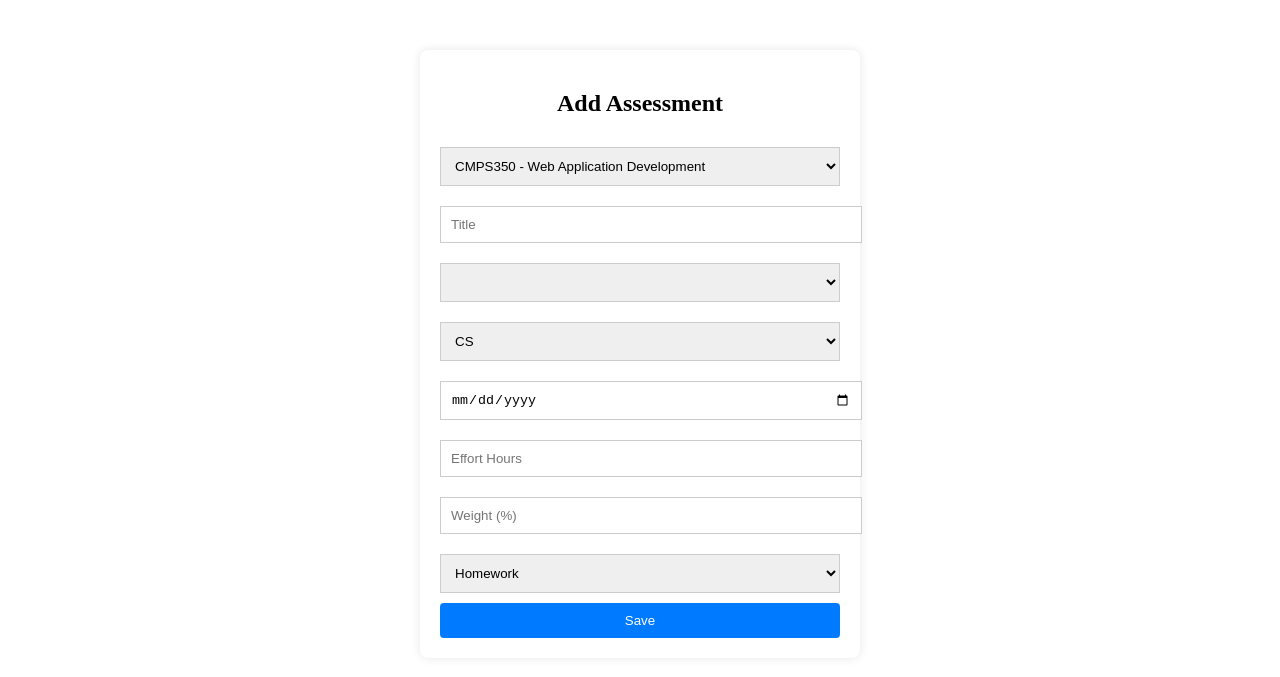
Repository: zunairahamid/Mizan-App
Page: cmps350group7-main/mizan_app/add_assessments/index.html
An editor plug-in stored every save of this project. The page is shown before and after the next save, followed by the edit.
The browser window is 1280 px wide. The pictures show the whole page.

Above is the page before, as saved 2025-03-28 02:40:37.

### cmps350group7-main/mizan_app/add_assessments/index.html
<!DOCTYPE html>
<html lang="en">
    <head>
        <meta charset="UTF-8">
        <meta name="viewport" content="width=device-width, initial-scale=1.0">
        <title>Add Assessment - Mizan</title>
        <link rel="stylesheet" href="styles.css">
    </head>
    <body>
<div class="assessment-form">
    <h2>Add Assessment</h2>
    <form id="assessment-form">
        <select id="course" required></select>
        <input type="text" id="title" placeholder="Title" required>
        <select id="coursename" required></select>
        <select id="program" required>
            <option value="CS">CS</option>
            <option value="CE">CE</option>
        </select>
        <input type="date" id="due-date" required>
        <input type="number" id="effort-hours" placeholder="Effort Hours" required>
        <input type="number" id="weight" placeholder="Weight (%)" required>
        <select id="type" required>
            <option value="Homework">Homework</option>
            <option value="Quiz">Quiz</option>
            <option value="Midterm">Midterm</option>
            <option value="Final Exam">Final Exam</option>
            <option value="Project">Project</option>
        </select>
        <button type="submit">Save</button>
    </form>
</div>
<script src="script.js"></script>
    </body>
</html>

### cmps350group7-main/mizan_app/add_assessments/styles.css
.assessment-form{
    max-width:400px;
    margin:50px auto;
    padding:20px;
    background:white;
    border-radius:8px;
    box-shadow:0 0 10px rgba(0,0,0,0.1);
}
.assessment-form h2{
    text-align:center;
    margin-bottom:20px;
}
.assessment-form input,
.assessment-form select{
    width:100%;
    padding:10px;
    margin:10px 0;
    border:1px solid #ccc;
}
.assessment-form button{
    width:100%;
    padding: 10px;
    background-color:#007bff;
    color:white;
    border:none;
    border-radius:4px;
    cursor:pointer;
}
.assessment-form button:hover{
    background-color:#0056b3;
}

### cmps350group7-main/mizan_app/add_assessments/script.js
document.addEventListener("DOMContentLoaded", async function() {
    try {
        // Fetch all required data
        const response = await fetch("../../mizan-data/courses.json");
        const assessmentsResponse = await fetch("../../mizan-data/assessments.json");
        const typeResponse = await fetch("../../mizan-data/assessment_type.json");
        const deptResponse = await fetch("../../mizan-data/departments.json");

        if (!response.ok || !assessmentsResponse.ok || !typeResponse.ok || !deptResponse.ok) {
            throw new Error("Failed to fetch data");
        }

        const courses = await response.json();
        const assessments = await assessmentsResponse.json();
        const types = await typeResponse.json();
        const departments = await deptResponse.json();

        if (!Array.isArray(courses)) {
            throw new Error("Invalid data format: expected array");
        }

        // Populate course dropdown (combine code and name for better UX)
        const courseSelect = document.getElementById("course");
        courses.forEach(course => {
            const option = document.createElement("option");
            option.value = course.coursecode;
            option.textContent = `${course.coursecode} - ${course.coursename}`;
            courseSelect.appendChild(option);
        });

        // Handle form submission
        const form = document.getElementById("assessment-form");
        form.addEventListener("submit", async function(e) {
            e.preventDefault();

            // Get form values
            const courseCode = document.getElementById("course").value;
            const selectedCourse = courses.find(c => c.coursecode === courseCode);

            const newAssessment = {
                title: document.getElementById("title").value,
                coursecode: courseCode,
                coursename: selectedCourse.coursename,
                program: selectedCourse.program,
                duedate: document.getElementById("due-date").value, // Keep ISO format
                efforthours: document.getElementById("effort-hours").value,
                weight: document.getElementById("weight").value + "%",
                assessmenttype: document.getElementById("type").value
            };

            // Add to local array
            assessments.push(newAssessment);

            // Save to server (requires backend endpoint)
            try {
                const saveResponse = await fetch("../../mizan-data/assessments.json", {
                    method: "POST", // or "PUT" depending on your backend
                    headers: {
                        "Content-Type": "application/json",
                    },
                    body: JSON.stringify(assessments)
                });

                if (!saveResponse.ok) {
                    throw new Error("Failed to save assessment");
                }

                alert("Assessment saved successfully!");
                form.reset();
            } catch (error) {
                console.error("Save error:", error);
                alert("Failed to save assessment. Please try again.");
            }
        });
    } catch (error) {
        console.error("Error:", error);
        alert("Failed to load data. Please try again later.");
    }
});

### cmps350group7-main/mizan_app/mizan-data/courses.json
[
    {
        "coursecode":"CMPS350",
        "coursename":"Web Application Development",
        "program":"CS"

    },
    {
        "coursecode":"CMPS185",
        "coursename":"Introduction To Cybersecurity",
        "program":"CS"

    },
    {
        "coursecode":"CMPS380",
        "coursename":"Fundamentals Of Cybersecurity",
        "program":"CS"
    },
    {
        "coursecode":"CMPS385",
        "coursename":"Computer Security",
        "program":"CS"
    },
    {
        "coursecode":"CMPS151",
        "coursename":"Programming Concepts",
        "program":"CS"
    },
    {
        "coursecode":"CMPS251",
        "coursename":"Object Oriented Programming",
        "program":"CS"
    },
    {
        "coursecode":"CMPS303",
        "coursename":"Data Structures",
        "program":"CS"
    },
    {
        "coursecode":"CMPS205",
        "coursename":"Discrete Structures",
        "program":"CS"
    },
    {
        "coursecode":"CMPS351",
        "coursename":"Fundamentals Of Database",
        "program":"CS"
    },
    {
        "coursecode":"CMPS200",
        "coursename":"Computer Ethics",
        "program":"CS"
    },
    {
        "coursecode":"CMPS323",
        "coursename":"Design And Analysis Of Algorithm",
        "program":"CS"
    },
    {
        "coursecode":"CMPE263",
        "coursename":"Computer Architecture And Organization",
        "program":"CE"
    },
    {
        "coursecode":"CMPS405",
        "coursename":"Operating Systems",
        "program":"CS"
    },
    {
        "coursecode":"CMPS312",
        "coursename":"Mobile Application Development",
        "program":"CS"
    },
    {
        "coursecode":"CMPS360",
        "coursename":"Data Science Fundamentals",
        "program":"CS"
    },
    {
        "coursecode":"CMPS307",
        "coursename":"Indroduction To Project Management And Entrepreneurship",
        "program":"CS"
    },
    {
        "coursecode":"CMPS310",
        "coursename":"Software Engineering",
        "program":"CS"
    },
    {
        "coursecode":"CMPE355",
        "coursename":"Data Communication And Computer Networks",
        "program":"CE"
    }
]

### cmps350group7-main/mizan_app/mizan-data/assessments.json
[
    {
        "title":"Mizan Web App Project",
        "coursecode":"CMPS350",
        "coursename":"Web Application Development",
        "program":"CS",
        "duedate":"06-04-2025",
        "efforthours":"3",
        "weight":"20%",
        "assessmenttype":"Project"

    },
    {
        "title":"CMPS185 Report",
        "coursecode":"CMPS185",
        "coursename":"Introduction To Cybersecurity",
        "program":"CS",
        "duedate":"01-04-2025",
        "efforthours":"0.5",
        "weight":"15%",
        "assessmenttype":"Homework"

    },
    {
        "title":"CMPS380 Quiz 3",
        "coursecode":"CMPS380",
        "coursename":"Fundamentals Of Cybersecurity",
        "program":"CS",
        "duedate":"19-04-2025",
        "efforthours":"4",
        "weight":"5%",
        "assessmenttype":"Quiz"

    }
]

### cmps350group7-main/mizan_app/mizan-data/assessment_type.json
[
        "Homework",
        "Quiz",
        "Midterm",
        "Final Exam",
        "Project"
]

### cmps350group7-main/mizan_app/mizan-data/departments.json
[
    "CS",
    "CE"
]

After the next save:
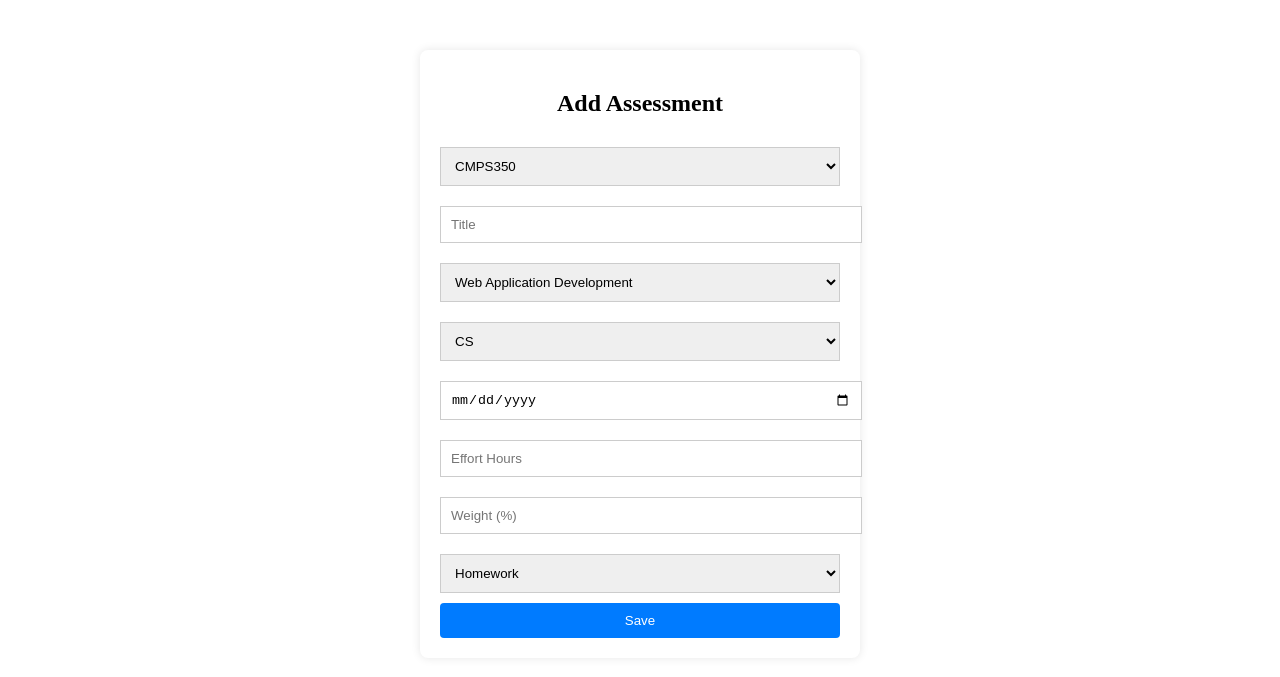
Console error: ReferenceError: displayErrorMessage is not defined
Saved 4 min 23 s later.
--- a/cmps350group7-main/mizan_app/add_assessments/script.js
+++ b/cmps350group7-main/mizan_app/add_assessments/script.js
@@ -1,79 +1,92 @@
 document.addEventListener("DOMContentLoaded", async function() {
     try {
-        // Fetch all required data
-        const response = await fetch("../../mizan-data/courses.json");
-        const assessmentsResponse = await fetch("../../mizan-data/assessments.json");
-        const typeResponse = await fetch("../../mizan-data/assessment_type.json");
-        const deptResponse = await fetch("../../mizan-data/departments.json");
+        const response = await fetch("../../mizan-data/courses.json" )
+        const newresponse=await fetch("../../mizan-data/assessments.json")
+        const typeresponse=await fetch("../../mizan-data/assessment_type.json")
+        const deptresponse=await fetch("../../mizan-data/departments.json")
 
-        if (!response.ok || !assessmentsResponse.ok || !typeResponse.ok || !deptResponse.ok) {
-            throw new Error("Failed to fetch data");
+        if (!response.ok) {
+            throw new Error(`Failed to fetch data: ${response.status}`);
+        }
+        if (!newresponse.ok) {
+            throw new Error(`Failed to fetch data: ${response.status}`);
+        }
+        if (!typeresponse.ok) {
+            throw new Error(`Failed to fetch data: ${response.status}`);
+        }
+        if (!deptresponse.ok) {
+            throw new Error(`Failed to fetch data: ${response.status}`);
         }
 
         const courses = await response.json();
-        const assessments = await assessmentsResponse.json();
-        const types = await typeResponse.json();
-        const departments = await deptResponse.json();
-
+        const assessments=await newresponse.json();
+        const types=await typeresponse.json()
+        const depts=await deptresponse.json()
         if (!Array.isArray(courses)) {
             throw new Error("Invalid data format: expected array");
         }
-
-        // Populate course dropdown (combine code and name for better UX)
-        const courseSelect = document.getElementById("course");
-        courses.forEach(course => {
-            const option = document.createElement("option");
-            option.value = course.coursecode;
-            option.textContent = `${course.coursecode} - ${course.coursename}`;
-            courseSelect.appendChild(option);
-        });
-
-        // Handle form submission
-        const form = document.getElementById("assessment-form");
-        form.addEventListener("submit", async function(e) {
-            e.preventDefault();
-
-            // Get form values
-            const courseCode = document.getElementById("course").value;
-            const selectedCourse = courses.find(c => c.coursecode === courseCode);
-
-            const newAssessment = {
-                title: document.getElementById("title").value,
-                coursecode: courseCode,
-                coursename: selectedCourse.coursename,
-                program: selectedCourse.program,
-                duedate: document.getElementById("due-date").value, // Keep ISO format
-                efforthours: document.getElementById("effort-hours").value,
-                weight: document.getElementById("weight").value + "%",
-                assessmenttype: document.getElementById("type").value
-            };
-
-            // Add to local array
-            assessments.push(newAssessment);
-
-            // Save to server (requires backend endpoint)
-            try {
-                const saveResponse = await fetch("../../mizan-data/assessments.json", {
-                    method: "POST", // or "PUT" depending on your backend
-                    headers: {
-                        "Content-Type": "application/json",
-                    },
-                    body: JSON.stringify(assessments)
-                });
-
-                if (!saveResponse.ok) {
-                    throw new Error("Failed to save assessment");
-                }
-
-                alert("Assessment saved successfully!");
-                form.reset();
-            } catch (error) {
-                console.error("Save error:", error);
-                alert("Failed to save assessment. Please try again.");
+        displayCourseIDOption(courses);
+        function displayCourseIDOption(courses){
+            const courseSelect = document.getElementById("course")
+            courses.forEach(course => {
+                const option = document.createElement("option");
+                option.value = course;
+                option.textContent = course.coursecode;
+                courseSelect.appendChild(option);
+            });
+        }
+        displayCourseNameOption(courses);
+        function displayCourseNameOption(courses){
+            const courseSelect = document.getElementById("coursename")
+            courses.forEach(course => {
+                const option = document.createElement("option");
+                option.value = course;
+                option.textContent = course.coursename;
+                courseSelect.appendChild(option);
+            });
+        }
+        buttonSave=document.getElementById("button")
+        buttonSave.addEventListener(submit())
+        function submit(){
+            const courseSelect=document.getElementById("course")
+            const selectedCourse=courses.find(c=>c.coursecode===courseSelect.value)
+            const title=document.getElementById("title").value
+            const dueDate=document.getElementById("due-date").value
+            const [year,month,day]=dueDate.split('-')
+            const date=`${day}-${month}-${year}`
+            const effortHours=document.getElementById("effort-hours").value
+            const weightage=document.getElementById("weight").value
+            const typeSelect=document.getElementById("type")
+            const selectedType=types.find(t=>t===selectedType.value)
+            const courseName=document.getElementById("coursename")
+            const selectedName=courses.find(c=>c.coursename===courseName.value)
+            const courseProgram=document.getElementById("program")
+            const selectedProgram=depts.find(d=>d===courseProgram.value)
+            const newAssessment={
+                title:title,
+                coursecode:selectedCourse,
+                coursename:selectedName,
+                program:selectedProgram,
+                duedate:date,
+                efforthours:effortHours,
+                weight:weightage,
+                assessmenttype:selectedType
             }
-        });
+            assessments.push(newAssessment)
+            try{
+            const savedResponse=fetch("../../mizan-data/assessments.json",{
+                method:"POST",
+                headers:{
+                    "Content-Type":"application/json",
+                },
+                body:JSON.stringify(newAssessment)
+            })
+        }catch(error){
+console.error
+        }
+        }
     } catch (error) {
         console.error("Error:", error);
-        alert("Failed to load data. Please try again later.");
+        displayErrorMessage("Failed to load assessments. Please try again later.");
     }
 });

After the save that followed:
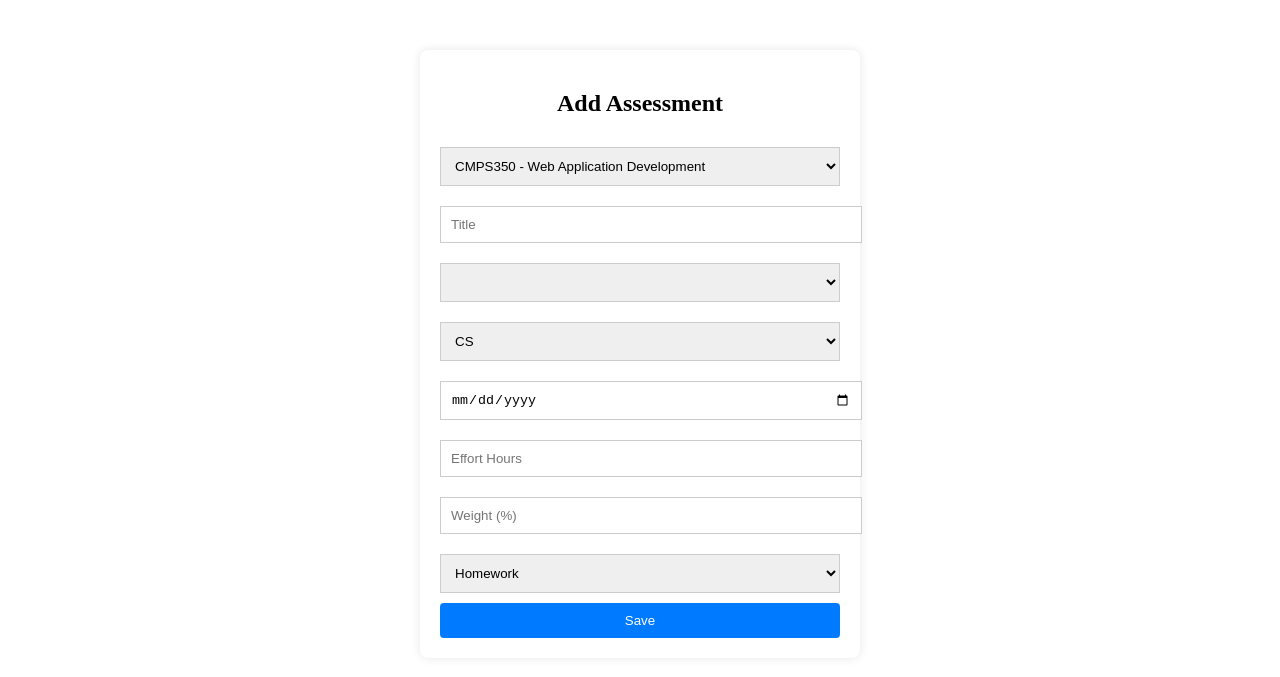
The error is gone.
Saved 2 min 52 s later.
--- a/cmps350group7-main/mizan_app/add_assessments/script.js
+++ b/cmps350group7-main/mizan_app/add_assessments/script.js
@@ -1,92 +1,49 @@
 document.addEventListener("DOMContentLoaded", async function() {
     try {
-        const response = await fetch("../../mizan-data/courses.json" )
-        const newresponse=await fetch("../../mizan-data/assessments.json")
-        const typeresponse=await fetch("../../mizan-data/assessment_type.json")
-        const deptresponse=await fetch("../../mizan-data/departments.json")
+        // Load courses
+        const coursesResponse = await fetch("../../mizan-data/courses.json");
+        const courses = await coursesResponse.json();
 
-        if (!response.ok) {
-            throw new Error(`Failed to fetch data: ${response.status}`);
-        }
-        if (!newresponse.ok) {
-            throw new Error(`Failed to fetch data: ${response.status}`);
-        }
-        if (!typeresponse.ok) {
-            throw new Error(`Failed to fetch data: ${response.status}`);
-        }
-        if (!deptresponse.ok) {
-            throw new Error(`Failed to fetch data: ${response.status}`);
-        }
+        // Load or initialize assessments
+        let assessments = JSON.parse(localStorage.getItem('assessments') || '[]');
 
-        const courses = await response.json();
-        const assessments=await newresponse.json();
-        const types=await typeresponse.json()
-        const depts=await deptresponse.json()
-        if (!Array.isArray(courses)) {
-            throw new Error("Invalid data format: expected array");
-        }
-        displayCourseIDOption(courses);
-        function displayCourseIDOption(courses){
-            const courseSelect = document.getElementById("course")
-            courses.forEach(course => {
-                const option = document.createElement("option");
-                option.value = course;
-                option.textContent = course.coursecode;
-                courseSelect.appendChild(option);
-            });
-        }
-        displayCourseNameOption(courses);
-        function displayCourseNameOption(courses){
-            const courseSelect = document.getElementById("coursename")
-            courses.forEach(course => {
-                const option = document.createElement("option");
-                option.value = course;
-                option.textContent = course.coursename;
-                courseSelect.appendChild(option);
-            });
-        }
-        buttonSave=document.getElementById("button")
-        buttonSave.addEventListener(submit())
-        function submit(){
-            const courseSelect=document.getElementById("course")
-            const selectedCourse=courses.find(c=>c.coursecode===courseSelect.value)
-            const title=document.getElementById("title").value
-            const dueDate=document.getElementById("due-date").value
-            const [year,month,day]=dueDate.split('-')
-            const date=`${day}-${month}-${year}`
-            const effortHours=document.getElementById("effort-hours").value
-            const weightage=document.getElementById("weight").value
-            const typeSelect=document.getElementById("type")
-            const selectedType=types.find(t=>t===selectedType.value)
-            const courseName=document.getElementById("coursename")
-            const selectedName=courses.find(c=>c.coursename===courseName.value)
-            const courseProgram=document.getElementById("program")
-            const selectedProgram=depts.find(d=>d===courseProgram.value)
-            const newAssessment={
-                title:title,
-                coursecode:selectedCourse,
-                coursename:selectedName,
-                program:selectedProgram,
-                duedate:date,
-                efforthours:effortHours,
-                weight:weightage,
-                assessmenttype:selectedType
-            }
-            assessments.push(newAssessment)
-            try{
-            const savedResponse=fetch("../../mizan-data/assessments.json",{
-                method:"POST",
-                headers:{
-                    "Content-Type":"application/json",
-                },
-                body:JSON.stringify(newAssessment)
-            })
-        }catch(error){
-console.error
-        }
-        }
+        // Populate course dropdown
+        const courseSelect = document.getElementById("course");
+        courses.forEach(course => {
+            const option = document.createElement("option");
+            option.value = course.coursecode;
+            option.textContent = `${course.coursecode} - ${course.coursename}`;
+            courseSelect.appendChild(option);
+        });
+
+        // Form submission
+        document.getElementById("assessment-form").addEventListener("submit", function(e) {
+            e.preventDefault();
+
+            const courseCode = courseSelect.value;
+            const selectedCourse = courses.find(c => c.coursecode === courseCode);
+
+            const newAssessment = {
+                title: document.getElementById("title").value,
+                coursecode: courseCode,
+                coursename: selectedCourse.coursename,
+                program: selectedCourse.program,
+                duedate: document.getElementById("due-date").value,
+                efforthours: document.getElementById("effort-hours").value,
+                weight: document.getElementById("weight").value + "%",
+                assessmenttype: document.getElementById("type").value
+            };
+
+            // Add to assessments and save to localStorage
+            assessments.push(newAssessment);
+            localStorage.setItem('assessments', JSON.stringify(assessments));
+
+            alert("Assessment saved to browser storage!");
+            this.reset();
+        });
+
     } catch (error) {
         console.error("Error:", error);
-        displayErrorMessage("Failed to load assessments. Please try again later.");
+        alert("Failed to load data");
     }
 });
